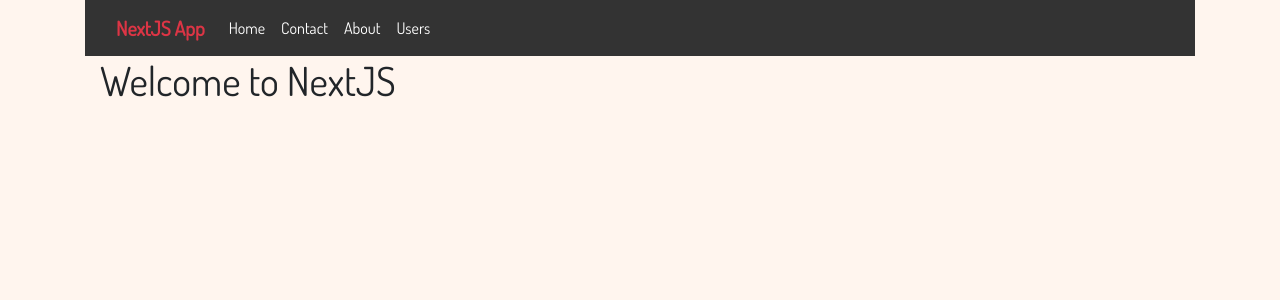
Repository: CaptainStorm21/NextJS-React16
Page: /
An editor plug-in stored every save of this project. The page is shown before and after a run of saves, followed by the edit.
The browser window is 1280 px wide. The pictures show the whole page.
The page's requests for data from a server got no answer. The project was rebuilt for these pictures with package versions that can differ from the ones it lists, and the page was loaded fresh each time. The framework's server and built-in components were replaced by stand-ins that run in the browser. No one was signed in, and anything a server would have sent is missing. Also part of the build but not shown: styles/main.css.

Above is the page before, as saved 2020-06-10 17:41:56.

### pages/index.js
import React, { Component } from "react";
import axios from "axios";
import MainLayout from "../components/layouts/MainLayout";
// import '../styles/main.css'
import MyStyle from '../styles/main.css';

export default class Home extends Component {
  static async getInitialProps({ pathname, query, asPath, req, res }) {
    let userData;

    try {
      const response = await axios.get(
        "http://jsonplaceholder.typicode.com/users/1"
      );
      userData = response.data;
      // console.log('getting loaded first')
      // console.log(userData)
    } catch {
      console.log("error");
    }
    // const request = axios.get('http://jsonplaceholder.typicode.com/users/1')
    //   .then(response => {
    //                             console.log(response.data)
    //                           })
    // console.log(context);

    console.log(pathname);
    console.log(res);
    console.log(req);

    return {
      user: {
        name: "Francis",
        lastName: "Medici",
      },
      userData,
    };
  }
  constructor(props) {
    super(props);
    // console.log("constructor");
    console.log(this.props.user);
    this.state = {
      user: this.props.user,
      userData: this.props.userData,
    };
  }
  render() {
    console.log(this.props.user);
    console.log(this.state);
    return (
      <>
        <MainLayout>
          <h1 className={MyStyle.superAwesome}>Welcome to NextJS</h1>
        </MainLayout>
      </>
    );
  }
}

### components/layouts/MainLayout.js
import React from "react";
import Header from "../includes/Header";
import Head from "next/head";

const mainLayout = (props) => (
  <>
    <Head>
      <title>Welcomet NextJS App</title>
      <link href="#" rel="stylesheet" />
      <link
        href="https://fonts.googleapis.com/css2?family=Dosis&display=swap"
        rel="stylesheet"
      />
      <link
        href="https://cdnjs.cloudflare.com/ajax/libs/twitter-bootstrap/4.3.1/css/bootstrap.min.css"
        rel="stylesheet"
      />
      <link href="/static/css/styles.css" rel="stylesheet" />
    </Head>
    <div className="mainLayout container">
      <Header />
      <div className="container">{props.children}</div>
    </div>
  </>
);

export default mainLayout;

### components/includes/Header.js
import React, { Component } from "react";
import Link from "next/link";

const Header = () => (
  <>
    <header>
      <div className="container">
        <nav className="navbar navbar-expand-lg navbar-light">
          <Link href="/">
            <a className="navbar-brand">NextJS App</a>
          </Link>

          <div className="collapse navbar-collapse">
            <div className="navbar-nav">
              <Link href="/">
                <a className="nav-item nav-link">Home</a>
              </Link>
              <Link href="/contact">
                <a className="nav-item nav-link">Contact</a>
              </Link>
              <Link href="/about">
                <a className="nav-item nav-link">About</a>
              </Link>
              <Link href="/users">
                <a className="nav-item nav-link">Users</a>
              </Link>
            </div>
          </div>
        </nav>
      </div>
    </header>
  </>
);

export default Header;

### static/css/styles.css
.contact_static {
  color: green;
  background-color: yellow;
}

header {
  background: #333333;
}

header .navbar-brand {
  color: #dc3545 !important;
  font-weight: 900;
}

header .navbar-nav .nav-item {
  color: #ffffff !important;
}

body {
  font-family: "Dosis", sans-serif;
  background-color:  seashell;
}

header {
  background:
}

After the next 3 saves:
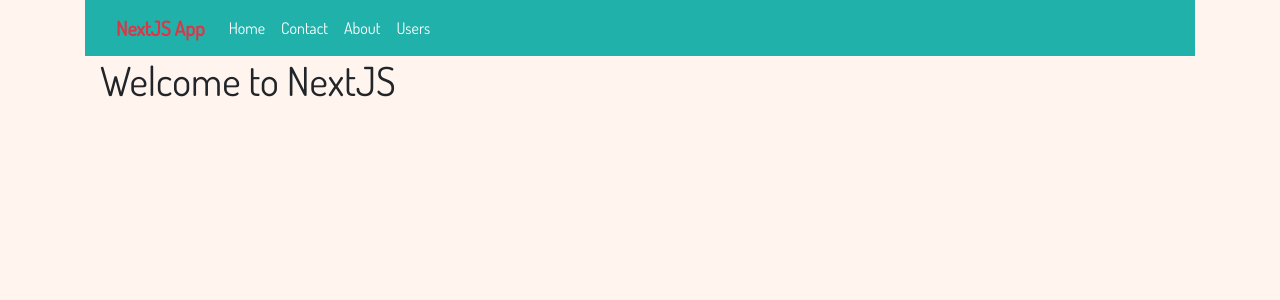
The 3 saves are shown as one change because they came seconds apart.
The last was saved 8 s later.
--- a/static/css/styles.css
+++ b/static/css/styles.css
@@ -22,5 +22,5 @@ body {
 }
 
 header {
-  background:
+  background: lightseagreen;
 }
